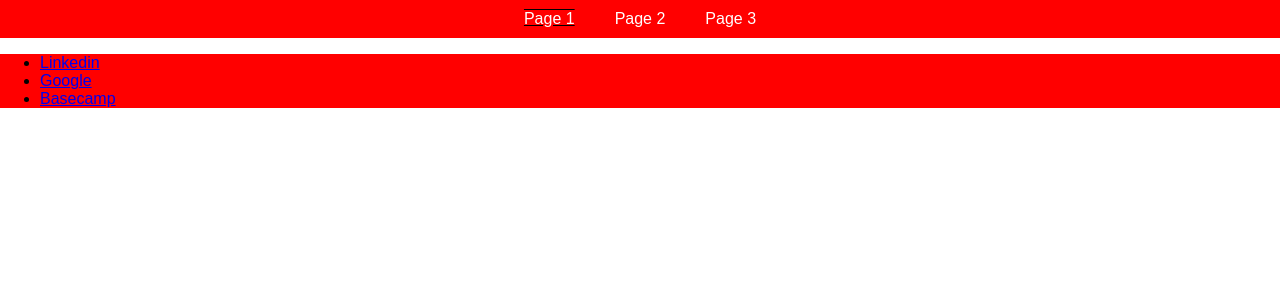
Repository: rishondass/ITMD361-Lab6
Page: index.html
An editor plug-in stored every save of this project. The page is shown before and after the next save, followed by the edit.
The browser window is 1280 px wide. The pictures show the whole page.

Above is the page before, as saved 2023-03-07 20:29:12.

After the next save:
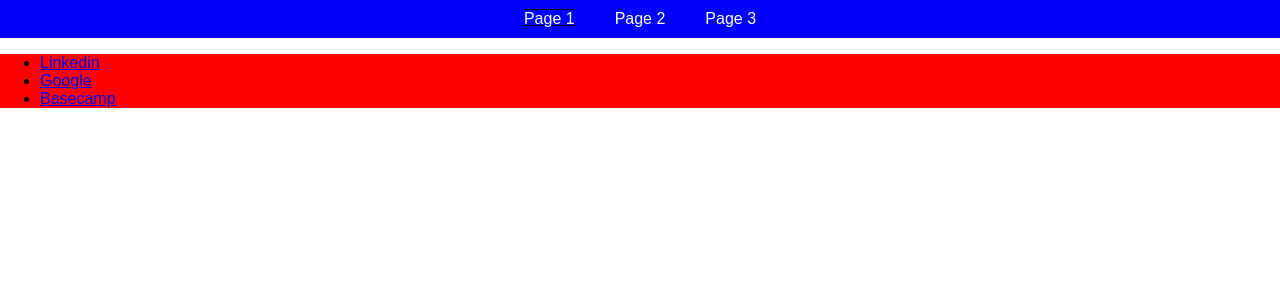
Saved 17 s later.
--- a/css/style.css
+++ b/css/style.css
@@ -26,7 +26,7 @@
 }
 
 #main-navbar{
-    background-color:red;
+    background-color:blue;
     overflow: hidden;
 }
 
